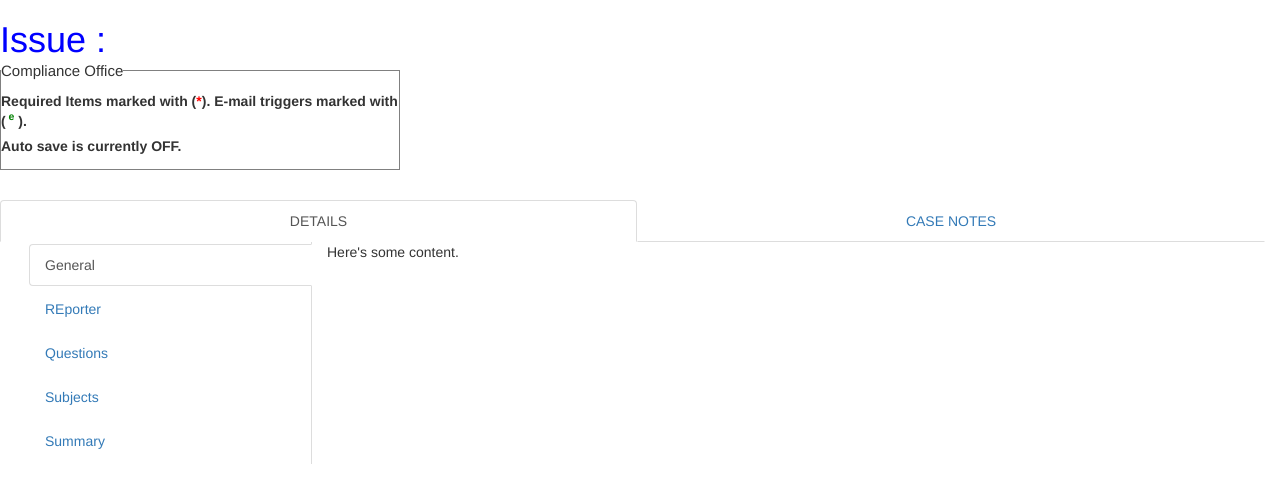
Repository: ManjushaDaram/LibraryPramati
Page: /
The author's editor kept a copy of each file at every save. The page is drawn from the files as they stood at one save, then again after the next save.
The browser window is 1280 px wide. The pictures show the whole page.
The project was rebuilt for these pictures with package versions that can differ from the ones it lists, and the page was loaded fresh each time. Also part of the build but not shown: angular.json.

Above is the page before, as saved 2019-04-18 12:31:21.

### src/index.html
<!doctype html>
<html lang="en">
<head>
  <meta charset="utf-8">
  <title>PramatiLibrary</title>
  <base href="/">

  <meta name="viewport" content="width=device-width, initial-scale=1">
  <link rel="icon" type="image/x-icon" href="favicon.ico">
</head>
<body>
  <app-root></app-root>
</body>
</html>

### src/app/app.module.ts
import { BrowserModule } from '@angular/platform-browser';
import { NgModule } from '@angular/core';

import { AppRoutingModule } from './app-routing.module';
import { AppComponent } from './app.component';
import { AddissueComponent } from './AddIssue/addissue/addissue.component';
import {Tab} from './AddIssue/addissue/tabs/tab.component';
import {Tabs} from './AddIssue/addissue/tabs/tabs.component';

@NgModule({
  declarations: [
    AppComponent,
    AddissueComponent,Tab,Tabs
  ],
  imports: [
    BrowserModule,
    AppRoutingModule
  ],
  providers: [],
  bootstrap: [AppComponent]
})
export class AppModule { }

### src/app/app.component.ts
import { Component } from '@angular/core';

@Component({
  selector: 'app-root',
  templateUrl: './app.component.html',
  styleUrls: ['./app.component.css']
})
export class AppComponent {
  title = 'PramatiLibrary';
}

### src/app/AddIssue/addissue/addissue.component.ts
import { Component, OnInit } from '@angular/core';
import {} from './tabs/tabs.component';

@Component({
  selector: 'app-addissue',
  templateUrl: './addissue.component.html',
  styleUrls: ['./addissue.component.css']
})
export class AddissueComponent implements OnInit {

  constructor() { }

  ngOnInit() {
  }

}

### src/app/AddIssue/addissue/tabs/tab.component.ts
import { Component, Input } from '@angular/core';

@Component({
  selector: 'tab',
  styles: [`
    .pane{
      padding: 1em;
    }
  `],
  template: `
    <div [hidden]="!active" class="pane">
      <ng-content></ng-content>
    </div>
  `
})
export class Tab {
  @Input('tabTitle') title: string;
  @Input() active = false;
}

### src/app/AddIssue/addissue/tabs/tabs.component.ts
import { Component, ContentChildren, QueryList, AfterContentInit } from '@angular/core';
import { Tab } from './tab.component';

@Component({
  selector: 'tabs',
  template:`
    <ul class="col-md-6 nav nav-tabs nav-justified">
      <li *ngFor="let tab of tabs" (click)="selectTab(tab)" [class.active]="tab.active">
        <a href="#">{{tab.title}}</a>
      </li>
    </ul>
    <ng-content></ng-content>
  `
})
export class Tabs implements AfterContentInit {

  @ContentChildren(Tab) tabs: QueryList<Tab>;

  // contentChildren are set
  ngAfterContentInit() {
    // get all active tabs
    let activeTabs = this.tabs.filter((tab)=>tab.active);

    // if there is no active tab set, activate the first
    if(activeTabs.length === 0) {
      this.selectTab(this.tabs.first);
    }
  }

  selectTab(tab: Tab){
    // deactivate all tabs
    this.tabs.toArray().forEach(tab => tab.active = false);

    // activate the tab the user has clicked on.
    tab.active = true;
  }

}

### src/app/app.component.html
<!--The content below is only a placeholder and can be replaced.-->
<app-addissue></app-addissue>
<router-outlet></router-outlet>

### src/app/AddIssue/addissue/addissue.component.html
<div class="inline">
<h1 style="color: blue">Issue :</h1>
</div>

<div id="inlineWord">
  <h3><span>Compliance Office</span></h3>
  <div>
    <label>Required Items marked with (<span style="color: red">*</span>). E-mail triggers marked with (<sup><span style="color:green"> e</span></sup> ).</label>
  </div>
  <div>
    <label>
      Auto save is currently <strong>OFF.</strong>
    </label>
  </div>
</div>

<div style="margin-top: 30px">
  <tabs>
    <tab tabTitle="DETAILS">
      Here's some content.
      <div class="col-md-3">
          <ul class="nav nav-tabs tabs-left">
            <li class="active"><a href="#home" data-toggle="tab">General</a></li>
            <li><a href="#profile" data-toggle="tab">REporter</a></li>
            <li><a href="#messages" data-toggle="tab">Questions</a></li>
            <li><a href="#settings" data-toggle="tab">Subjects</a></li>
            <li><a href="#settings" data-toggle="tab">Summary</a></li>
        </ul>
      </div>
    </tab>
    <tab tabTitle="CASE NOTES">
      And here's more in another tab.
    </tab>
  </tabs>
</div>

### src/app/AddIssue/addissue/addissue.component.css
#inlineWord{
  border: 1px solid grey;
  width: 400px;
  height: 100px;
}

#inlineWord h3{
  text-align: left;
  margin-top: -10px;
  height: 20px;
  line-height: 20px;
  font-size: 15px;
}

#inlineWord h3 span{
  background-color: white;
}

/* div{
  margin-left: 10px
} */


.tabs-left {
  border-bottom: none;
  padding-top: 2px;
}
.tabs-left {
  border-right: 1px solid #ddd;
}

.tabs-left>li, .tabs-right>li {
  float: none;
  margin-bottom: 2px;
}
.tabs-left>li {
  margin-right: -1px;
}
.tabs-right>li {
  margin-left: -1px;
}
.tabs-left>li.active>a,
.tabs-left>li.active>a:hover,
.tabs-left>li.active>a:focus {
  border-bottom-color: #ddd;
  border-right-color: transparent;
}


.tabs-left>li>a {
  border-radius: 4px 0 0 4px;
  margin-right: 0;
  display:block;
}

.vertical-text {
  margin-top:50px;
  border: none;
  position: relative;
}
.vertical-text>li {
  height: 20px;
  width: 120px;
  margin-bottom: 100px;
}
.vertical-text>li>a {
  border-bottom: 1px solid #ddd;
  border-right-color: transparent;
  text-align: center;
  border-radius: 4px 4px 0px 0px;
}
.vertical-text>li.active>a,
.vertical-text>li.active>a:hover,
.vertical-text>li.active>a:focus {
  border-bottom-color: transparent;
  border-right-color: #ddd;
  border-left-color: #ddd;
}

Loaded but not shown: src/styles.css (common file); src/main.ts (common file); src/environments/environment.ts (common file); src/app/app-routing.module.ts (common file); src/app/app.component.css (no stored copy; drawn as an empty file)

After the next save:
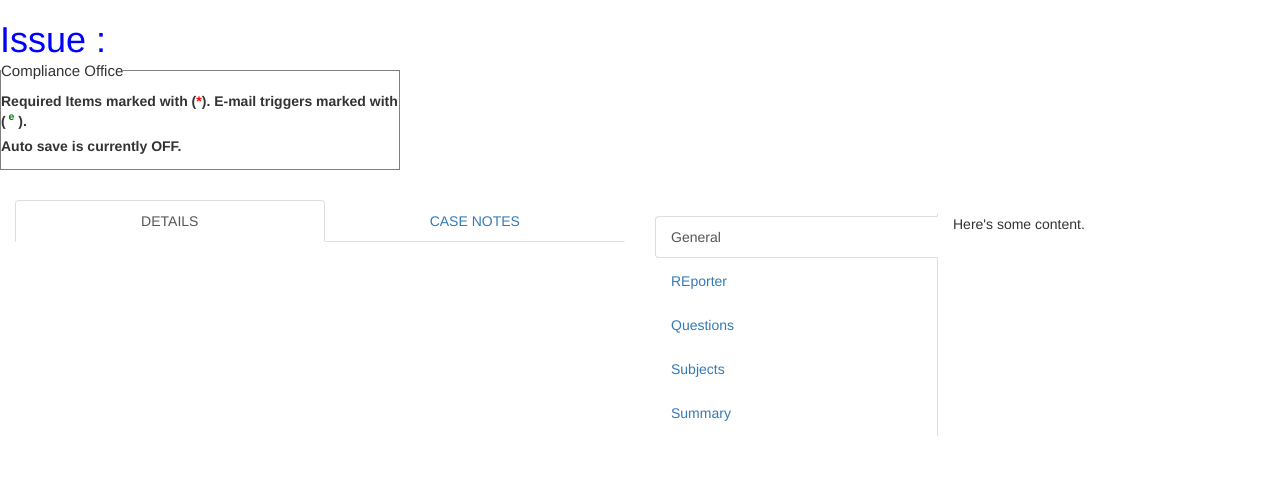
Saved 2 min 9 s later.
--- a/src/app/AddIssue/addissue/tabs/tabs.component.ts
+++ b/src/app/AddIssue/addissue/tabs/tabs.component.ts
@@ -4,11 +4,14 @@ import { Tab } from './tab.component';
 @Component({
   selector: 'tabs',
   template:`
-    <ul class="col-md-6 nav nav-tabs nav-justified">
+  <div class="col-md-6">
+  <ul class=" nav nav-tabs nav-justified">
       <li *ngFor="let tab of tabs" (click)="selectTab(tab)" [class.active]="tab.active">
         <a href="#">{{tab.title}}</a>
       </li>
     </ul>
+  </div>
+
     <ng-content></ng-content>
   `
 })
